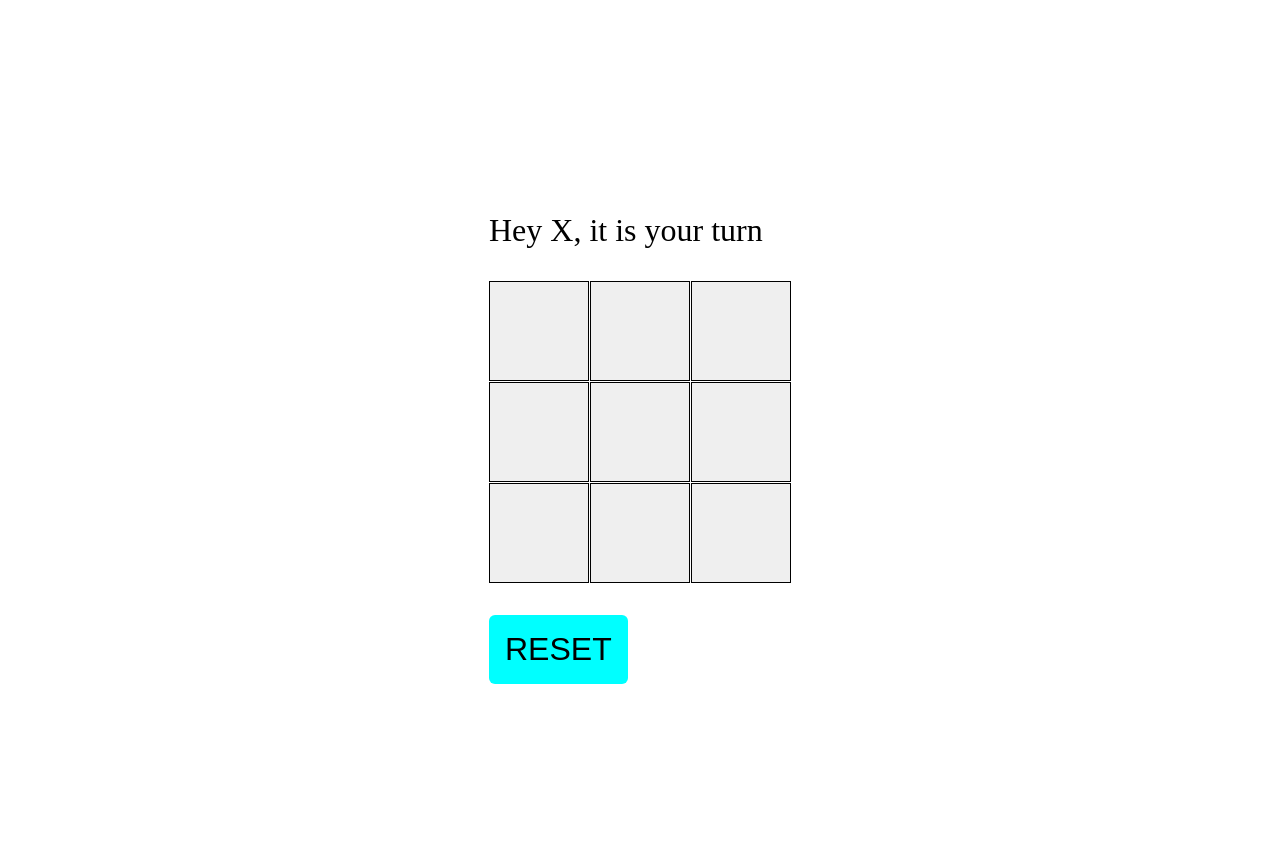
Repository: Ellisvelandia/tic-tac-toe
Page: /
These files come from the project's save history. The page is drawn as it stood at one moment and after the next save; the edit follows.
The browser window is 1280 px wide. The pictures show the whole page.
The project was rebuilt for these pictures with package versions that can differ from the ones it lists, and the page was loaded fresh each time. The framework's server and built-in components were replaced by stand-ins that run in the browser. Also part of the build but not shown: next.config.js.

Above is the page before, as saved 2022-09-06 20:51:28.

### pages/index.tsx
import type { NextPage } from "next";
import Head from "next/head";
import styles from "../styles/Home.module.css";
import Board from "../containers/Board"

const Home: NextPage = () => {
  return (
    <div className={styles.container}>
      <Head>
        <title> Tic TAC Toc</title>
        <meta name="description" content="Generated by create next app" />
        <link rel="icon" href="/favicon.ico" />
      </Head>

      <main className={styles.main}>
        <Board />
      </main>
    </div>
  );
};

export default Home;

### styles/globals.css
.grid {
  display: grid;
  grid-gap: 1px;
  grid-template-columns: repeat(3, 1fr);
}

.square {
  width: 100px;
  height: 100px;
  font-size: 5rem;
  color: #e8e5e5;
  border: solid 1px black;
}

.square_o {
  background-color: rgb(87, 218, 21);
}

.square_x {
  background-color: crimson;
}

.reset {
  margin-top: 2rem;
  font-size: 2rem;
  background-color: aqua;
  border: none;
  border-radius: 6px;
  padding: 1rem;
  cursor: pointer;
}

p {
  font-size: 2rem;
}

### containers/Board.tsx
import { useEffect, useState } from "react";
import Square from "../components/Square";
type Player = "X" | "O" | "BOTH" | null;

function calculateWinner(squares: Player[]) {
  const lines = [
    [0, 1, 2],
    [3, 4, 5],
    [6, 7, 8],
    [0, 3, 6],
    [1, 4, 7],
    [2, 5, 8],
    [0, 4, 8],
    [2, 4, 6],
  ];
  for (let i = 0; i < lines.length; i++) {
    const [a, b, c] = lines[i];
    if (squares[a] && squares[a] === squares[b] && squares[a] === squares[c]) {
      return squares[a];
    }
  }
  return null;
}

function Board() {
  const [squares, setSquares] = useState(Array(9).fill(null));
  const [currentPlayer, setCurrentPlayer] = useState<"X" | "O">(
    Math.round(Math.random() * 1) === 1 ? "X" : "O"
  );
  const [winner, setWinner] = useState<Player>(null);

  function reset() {
    setSquares(Array(9).fill(null));
    setWinner(null);
    setCurrentPlayer(Math.round(Math.random() * 1) === 1 ? "X" : "O");
  }

  function setSquaresValue(index: number) {
    const newData = squares.map((val, i) => {
      if (i === index) {
        return currentPlayer;
      }
      return val;
    });
    setSquares(newData);
    setCurrentPlayer(currentPlayer === "X" ? "O" : "X");
  }

  useEffect(() => {
    const w = calculateWinner(squares);
    if (w) {
      setWinner(w);
    }

    if (!w && !squares.filter((square) => !square).length) {
      setWinner("BOTH");
    }
  });

  return (
    <div>
      {!winner && <p>Hey {currentPlayer}, it is your turn</p>}
      {winner && winner !== "BOTH" && <p>Congratulations {winner}</p>}
      {winner && winner === "BOTH" && (
        <p>Congratulations you are both winners</p>
      )}

      <div className="grid">
        {Array(9)
          .fill(null)
          .map((_, i) => {
            return (
              <Square
                winner={winner}
                key={i}
                onClick={() => setSquaresValue(i)}
                value={squares[i]}
              />
            );
          })}
      </div>
      <button className="reset" onClick={reset}>
        RESET
      </button>
    </div>
  );
}

export default Board;

### components/Square.tsx
type Player = "X" | "O" | "BOTH" | null;

function Square({
  value,
  onClick,
  winner,
}: {
  winner: Player;
  value: Player;
  onClick: () => void;
}) {
  if (!value) {
    return (
      <button className="square" onClick={onClick} disabled={Boolean(winner)} />
    );
  }
  return (
    <button className={`square square_${value.toLocaleLowerCase()}`} disabled>
      {value}
    </button>
  );
}

export default Square;

Loaded but not shown: pages/_app.tsx (common file); styles/Home.module.css (common file)

After the next save:
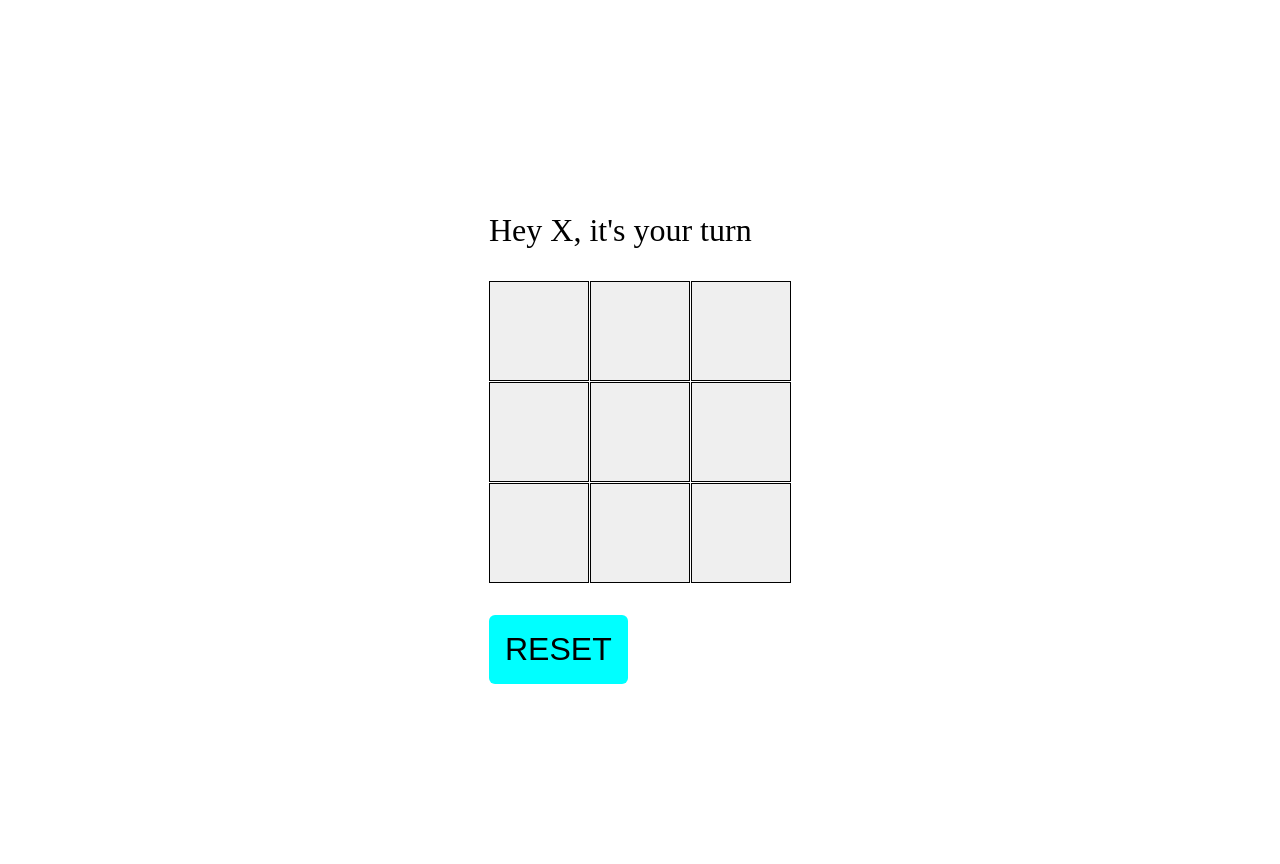
Saved 3 min 2 s later.
--- a/containers/Board.tsx
+++ b/containers/Board.tsx
@@ -35,7 +35,7 @@ function Board() {
     setCurrentPlayer(Math.round(Math.random() * 1) === 1 ? "X" : "O");
   }
 
-  function setSquaresValue(index: number) {
+  function setSquareValue(index: number) {
     const newData = squares.map((val, i) => {
       if (i === index) {
         return currentPlayer;
@@ -59,10 +59,10 @@ function Board() {
 
   return (
     <div>
-      {!winner && <p>Hey {currentPlayer}, it is your turn</p>}
+      {!winner && <p>Hey {currentPlayer}, it's your turn</p>}
       {winner && winner !== "BOTH" && <p>Congratulations {winner}</p>}
       {winner && winner === "BOTH" && (
-        <p>Congratulations you are both winners</p>
+        <p>Congratulations you're both winners</p>
       )}
 
       <div className="grid">
@@ -73,7 +73,7 @@ function Board() {
               <Square
                 winner={winner}
                 key={i}
-                onClick={() => setSquaresValue(i)}
+                onClick={() => setSquareValue(i)}
                 value={squares[i]}
               />
             );
